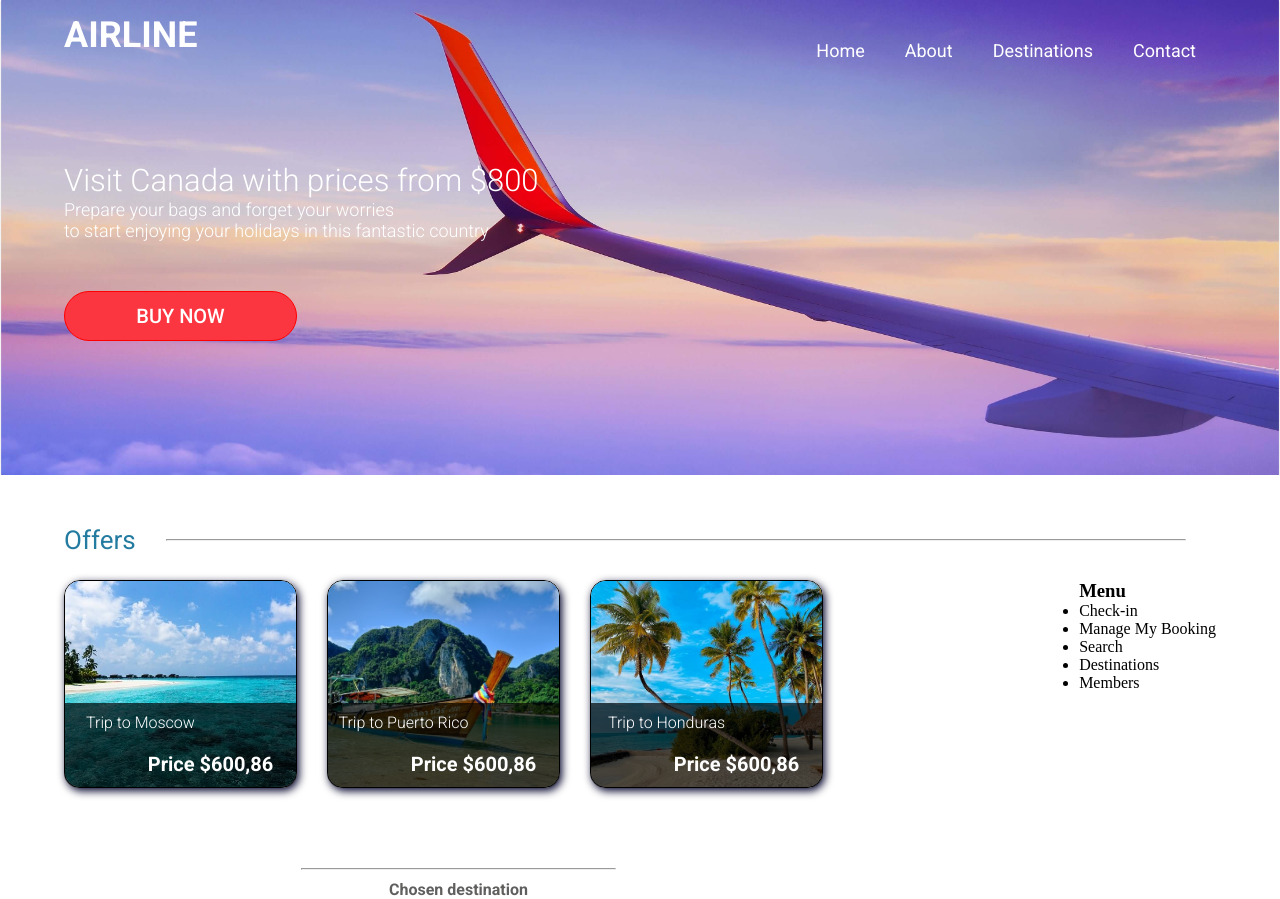
Repository: Cherced/AIRLINES
Page: /
These files come from the project's save history. The page is drawn as it stood at one moment and after the next save; the edit follows.
The browser window is 1280 px wide. The pictures show the whole page.
The project was rebuilt for these pictures with package versions that can differ from the ones it lists, and the page was loaded fresh each time. The framework's server and built-in components were replaced by stand-ins that run in the browser. Also part of the build but not shown: components/atoms/Footer/SocialMedia.jsx, components/atoms/Footer/MoreToUs.jsx, components/molecules/Footer.jsx.

Above is the page before, as saved 2022-06-30 14:50:12.

After the next save:
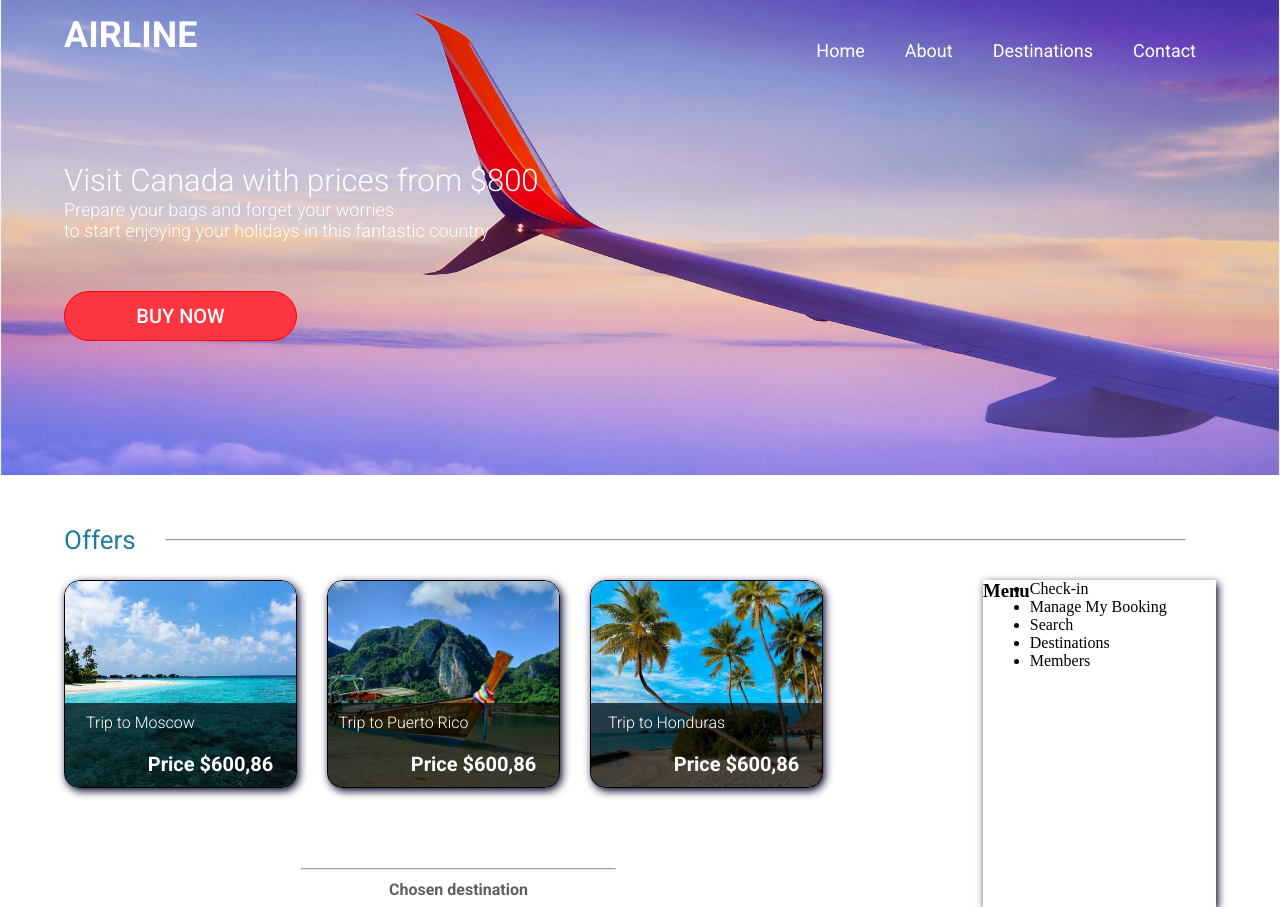
Saved 42 s later.
--- a/sass/Elements/_offerts.scss
+++ b/sass/Elements/_offerts.scss
@@ -92,12 +92,7 @@
                         }
                     }
                 }
-                .menuAside--Container{
-                    width: 233px;
-                    height: 327px;
-                    display: flex;
-                    box-shadow: 2px 3px 8px #000029;
-                }
+
             }
             hr{
                 width: 40%;
@@ -112,6 +107,12 @@
             }
 
         }
+        .menuAside--Container{
+            width: 233px;
+            height: 327px;
+            display: flex;
+            box-shadow: 2px 3px 8px #000029;
+        }
     }
 
 }
